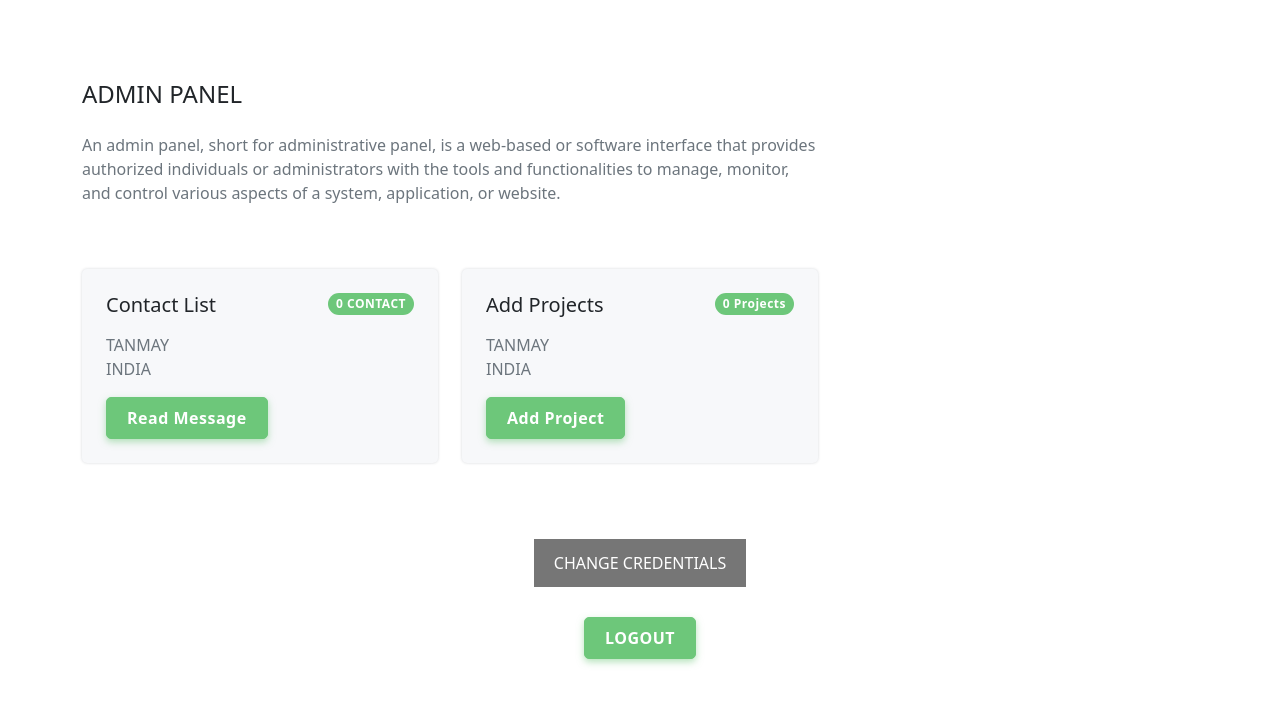
Repository: Tanmay-Kayande/Myportfolio
Page: http://localhost/myproject/admin.jsp
An editor plug-in stored every save of this project. The page is shown before and after the next save, followed by the edit.
The browser window is 1280 px wide. The pictures show the whole page.
Some web libraries are served in a nearby version. The page is served by Tomcat 9. The session is filled in as if someone had signed in: {"login": "exist"}. Other server files are loaded and not shown.

Above is the page before, as saved 2024-01-25 09:27:38.

### myproject/src/main/webapp/admin.jsp

<%@page import="com.dao.ProjectDao"%>
<%@page import="com.dao.MessageDao"%>
<%
String value = (String) session.getAttribute("login");
if (value == null) {
	response.sendRedirect("login.jsp");
	return;
}
%>

<!DOCTYPE html>
<html lang="en">

<head>
<meta charset="utf-8">


<title>find jobs cards - Bootdey.com</title>
<meta name="viewport" content="width=device-width, initial-scale=1">
<link
	href="https://cdn.jsdelivr.net/npm/bootstrap@5.2.0/dist/css/bootstrap.min.css"
	rel="stylesheet">
<style type="text/css">
body {
	margin-top: 20px;
}

.shadow {
	box-shadow: 0 0 3px rgb(53 64 78/ 20%) !important;
}

.rounded {
	border-radius: 5px !important;
}

.bg-light {
	background-color: #f7f8fa !important;
}

.bg-primary, .btn-primary, .btn-outline-primary:hover,
	.btn-outline-primary:focus, .btn-outline-primary:active,
	.btn-outline-primary.active, .btn-outline-primary.focus,
	.btn-outline-primary:not(:disabled):not(.disabled):active,
	.badge-primary, .nav-pills .nav-link.active, .pagination .active a,
	.custom-control-input:checked ~.custom-control-label:before, #preloader #status .spinner>div,
	.social-icon li a:hover, .back-to-top:hover, .back-to-home a, ::selection,
	#topnav .navbar-toggle.open span:hover, .owl-theme .owl-dots .owl-dot.active span,
	.owl-theme .owl-dots.clickable .owl-dot:hover span, .watch-video a .play-icon-circle,
	.sidebar .widget .tagcloud>a:hover, .flatpickr-day.selected,
	.flatpickr-day.selected:hover, .tns-nav button.tns-nav-active,
	.form-check-input.form-check-input:checked {
	background-color: #6dc77a !important;
}

.badge {
	padding: 5px 8px;
	border-radius: 3px;
	letter-spacing: 0.5px;
	font-size: 12px;
}

.btn-primary, .btn-outline-primary:hover, .btn-outline-primary:focus,
	.btn-outline-primary:active, .btn-outline-primary.active,
	.btn-outline-primary.focus, .btn-outline-primary:not(:disabled):not(.disabled):active
	{
	box-shadow: 0 3px 7px rgb(109 199 122/ 50%) !important;
}

.btn-primary, .btn-outline-primary, .btn-outline-primary:hover,
	.btn-outline-primary:focus, .btn-outline-primary:active,
	.btn-outline-primary.active, .btn-outline-primary.focus,
	.btn-outline-primary:not(:disabled):not(.disabled):active,
	.bg-soft-primary .border, .alert-primary, .alert-outline-primary,
	.badge-outline-primary, .nav-pills .nav-link.active, .pagination .active a,
	.form-group .form-control:focus, .form-group .form-control.active,
	.custom-control-input:checked ~.custom-control-label:before,
	.custom-control-input:focus ~.custom-control-label::before,
	.form-control:focus, .social-icon li a:hover, #topnav .has-submenu.active.active .menu-arrow,
	#topnav.scroll .navigation-menu>li:hover>.menu-arrow, #topnav.scroll .navigation-menu>li.active>.menu-arrow,
	#topnav .navigation-menu>li:hover>.menu-arrow, .flatpickr-day.selected,
	.flatpickr-day.selected:hover, .form-check-input:focus,
	.form-check-input.form-check-input:checked, .container-filter li.active,
	.container-filter li:hover {
	border-color: #6dc77a !important;
}

.bg-primary, .btn-primary, .btn-outline-primary:hover,
	.btn-outline-primary:focus, .btn-outline-primary:active,
	.btn-outline-primary.active, .btn-outline-primary.focus,
	.btn-outline-primary:not(:disabled):not(.disabled):active,
	.badge-primary, .nav-pills .nav-link.active, .pagination .active a,
	.custom-control-input:checked ~.custom-control-label:before, #preloader #status .spinner>div,
	.social-icon li a:hover, .back-to-top:hover, .back-to-home a, ::selection,
	#topnav .navbar-toggle.open span:hover, .owl-theme .owl-dots .owl-dot.active span,
	.owl-theme .owl-dots.clickable .owl-dot:hover span, .watch-video a .play-icon-circle,
	.sidebar .widget .tagcloud>a:hover, .flatpickr-day.selected,
	.flatpickr-day.selected:hover, .tns-nav button.tns-nav-active,
	.form-check-input.form-check-input:checked {
	background-color: #6dc77a !important;
}

.btn {
	padding: 8px 20px;
	outline: none;
	text-decoration: none;
	font-size: 16px;
	letter-spacing: 0.5px;
	transition: all 0.3s;
	font-weight: 600;
	border-radius: 5px;
}

.btn-primary {
	background-color: #6dc77a !important;
	border: 1px solid #6dc77a !important;
	color: #fff !important;
	box-shadow: 0 3px 7px rgb(109 199 122/ 50%);
}

a {
	text-decoration: none;
}

 {box-sizing: border-box;}

/* Button used to open the contact form - fixed at the bottom of the page */
.open-button {

  background-color: #555;
  color: white;
  padding: 12px 20px;
  border: none;
  cursor: pointer;
  opacity: 0.8;
  bottom: 30px;
  margin-right: auto;
  margin-left: auot;
  margin-bottom: 30px;
  margin-top:10px;
}

/* The popup form - hidden by default */
.form-popup {
  display: none;
  position: fixed;
  bottom: 0;
  right: 15px;
  border: 3px solid #f1f1f1;
  z-index: 9;
}

/* Add styles to the form container */
.form-container {
  max-width: 300px;
  padding: 10px;
  background-color: white;
}

/* Full-width input fields */
.form-container input[type=text], .form-container input[type=password] {
  width: 100%;
  padding: 15px;
  margin: 5px 0 22px 0;
  border: none;
  background: #f1f1f1;
}

/* When the inputs get focus, do something */
.form-container input[type=text]:focus, .form-container input[type=password]:focus {
  background-color: #ddd;
  outline: none;
}

/* Set a style for the submit/login button */
.form-container .btn {
  background-color: #04AA6D;
  color: white;
  padding: 16px 20px;
  border: none;
  cursor: pointer;
  width: 100%;
  margin-bottom:10px;
  opacity: 0.8;
}

/* Add a red background color to the cancel button */
.form-container .cancel {
  background-color: red;
}

/* Add some hover effects to buttons */
.form-container .btn:hover, .open-button:hover {
  opacity: 1;
}

</style>
</head>

<body>

	<div class="container mt-5 pt-4">

	<h3 style = "text-align: center;"><%@include file = "message.jsp" %></h3>

		<div class="row align-items-end mb-4 pb-2">
			<div class="col-md-8">
				<div class="section-title text-center text-md-start">
					<h4 class="title mb-4">ADMIN PANEL</h4>
					<p class="text-muted mb-0 para-desc">An admin panel, short for
						administrative panel, is a web-based or software interface that
						provides authorized individuals or administrators with the tools
						and functionalities to manage, monitor, and control various
						aspects of a system, application, or website.</p>
				</div>
			</div>

		</div>
		<div class="row">
			<div class="col-lg-4 col-md-6 col-12 mt-4 pt-2">
				<div class="card border-0 bg-light rounded shadow">
					<div class="card-body p-4">

					<%int count = new MessageDao().count(); %>
						<span class="badge rounded-pill bg-primary float-md-end mb-3 mb-sm-0"><%=count %> CONTACT	</span>
						<h5>Contact List</h5>
						<div class="mt-3">
							<span class="text-muted d-block"><i class="fa fa-home"
								aria-hidden="true"></i> <a href="#" target="_blank"
								class="text-muted">TANMAY</a></span> <span class="text-muted d-block"><i
								class="fa fa-map-marker" aria-hidden="true"></i> INDIA</span>
						</div>
						<div class="mt-3">
							<a href="read-message.jsp" class="btn btn-primary">Read
								Message</a>
						</div>
					</div>
				</div>
			</div>

			<div class="col-lg-4 col-md-6 col-12 mt-4 pt-2">
				<div class="card border-0 bg-light rounded shadow">
					<div class="card-body p-4">

						<%int project_count = new ProjectDao().count(); %>
						<span class="badge rounded-pill bg-primary float-md-end mb-3 mb-sm-0"><%=project_count %> Projects	</span>
						<h5>Add Projects</h5>
						<div class="mt-3">
							<span class="text-muted d-block"><i class="fa fa-home"
								aria-hidden="true"></i> <a href="#" target="_blank"
								class="text-muted">TANMAY</a></span> <span class="text-muted d-block"><i
								class="fa fa-map-marker" aria-hidden="true"></i> INDIA</span>
						</div>
						<div class="mt-3">
							<a href="project.jsp" class="btn btn-primary">Add Project</a>
						</div>
					</div>
				</div>
			</div>





			<div style="text-align: center; padding-top: 50px;" class="mt-3">

			<!-- A button to open the popup form -->
			<button class="open-button" onclick="openForm()">CHANGE
				CREDENTIALS</button>

			<!-- The form -->
			<div class="form-popup" id="myForm">
				<form action="Auth" method="post" class="form-container">
					<h2>Change Password</h2>

					<label for="email"><b>Old Password</b></label> <input type="text"
						placeholder="Enter old password" name="opass" required> <label
						for="psw"><b>New Password</b></label> <input type="password"
						placeholder="Enter Password" name="npass" required> <label
						for="psw"><b>Confirm Password</b></label> <input type="password"
						placeholder="Enter Confirm Password" name="cpass" required>

					<input type="hidden" name="check" value="change">

					<button type="submit" class="btn">Update</button>
					<button type="button" class="btn cancel" onclick="closeForm()">Close</button>
				</form>
			</div>
				<form action="Auth" method="post">
					<input type ="hidden" name = "check" value = "Logout">
					<button class="btn btn-primary">LOGOUT</button>
				</form>
			</div>

		</div>
	</div>

	<script>
		function openForm() {
			document.getElementById("myForm").style.display = "block";
		}

		function closeForm() {
			document.getElementById("myForm").style.display = "none";
		}
	</script>
	<script src="https://code.jquery.com/jquery-1.10.2.min.js"></script>
	<script
		src="https://cdn.jsdelivr.net/npm/bootstrap@5.2.0/dist/js/bootstrap.bundle.min.js"></script>
	<script type="text/javascript">

	</script>
</body>

</html>

### myproject/src/main/webapp/message.jsp

<%
	String message =(String) session.getAttribute("msg");
	if(message!= null){

		if(message.equals("Message sent successfully")){
%>
		<h1 style="text-align: center; color: blue"><%=message %></h1>
<%
		}
		else{
%>
		<h1 style="text-align: center; color: red"><%=message %></h1>
<%
		}
	}
	session.removeAttribute("msg");
%>

### myproject/src/main/java/com/dao/InsertDao.java
package com.dao;

import java.util.ArrayList;

public interface InsertDao {

	public String Insert(ArrayList<Object> al);
}

### myproject/src/main/java/com/dao/ReadDao.java
package com.dao;

import java.util.ArrayList;

public interface ReadDao {

	public ArrayList<Object> read();
}

### myproject/src/main/java/com/dao/DeleteDao.java
package com.dao;

public interface DeleteDao {

	public String delete(int sn);
}

### myproject/src/main/java/com/dao/MessageDao.java
package com.dao;

import java.sql.Connection;
import java.sql.PreparedStatement;
import java.sql.ResultSet;
import java.time.LocalDateTime;
import java.util.ArrayList;

import com.pojo.MessagePojo;

public class MessageDao implements InsertDao, ReadDao, DeleteDao {


	private Connection connection;
	private String sql;
	private PreparedStatement prepareStatement;
	private int row;
	private String result;
	private ResultSet rs;

	@SuppressWarnings("finally")
	@Override
	public String Insert(ArrayList<Object> al) {

		try {

			connection = ConnectionFactory.getConnection();
			sql = "insert into message(name, email, message, date) values(?,?,?,?)";
			prepareStatement = connection.prepareStatement(sql);
			prepareStatement.setString(1, (String)al.get(0));
			prepareStatement.setString(2, (String)al.get(1));
			prepareStatement.setString(3, (String)al.get(2));
			prepareStatement.setString(4, LocalDateTime.now().toString());

			row = prepareStatement.executeUpdate();
			if(row==1) {
				result = "saved";
			}

		} catch (Exception e) {
			result = "failed";
			e.printStackTrace();
		}
		finally {
			return result;
		}
	}

	@SuppressWarnings("finally")
	@Override
	public ArrayList<Object> read() {

		ArrayList<Object> ar = new ArrayList<>();

		try {
			connection = ConnectionFactory.getConnection();
			sql = "select * from message";
			prepareStatement = connection.prepareStatement(sql);
			rs = prepareStatement.executeQuery();
			while(rs.next()) {
				MessagePojo m = new MessagePojo(rs.getInt("sn"), rs.getString("name"), rs.getString("email"), rs.getString("message"),
						rs.getString("date"));
				ar.add(m);
			}

		} catch (Exception e) {

			e.printStackTrace();
		}
		finally {

			return ar;
		}
	}

	@SuppressWarnings("finally")
	public int count() {

		int no_of_message = 0;
		try {
			connection = ConnectionFactory.getConnection();
			sql = "select count(*) as count from message";
			prepareStatement = connection.prepareStatement(sql);
			rs = prepareStatement.executeQuery();
			rs.next();
			no_of_message = rs.getInt("count");

		} catch (Exception e) {
			e.printStackTrace();
		}
		finally {

			return no_of_message;
		}


	}

	@SuppressWarnings("finally")
	@Override
	public String delete(int sn) {

		try {

			connection = ConnectionFactory.getConnection();
			sql = "delete from message where sn = ?";
			prepareStatement = connection.prepareStatement(sql);
			prepareStatement.setInt(1, sn);
			row = prepareStatement.executeUpdate();
			if(row==1) {
				result = "deleted";
			}

		} catch (Exception e) {
			result = "failed";
			e.printStackTrace();
		}
		finally {
			return result;
		}


	}


}

### myproject/src/main/java/com/dao/ConnectionFactory.java
package com.dao;

import java.sql.Connection;

import com.mysql.cj.jdbc.MysqlDataSource;

public class ConnectionFactory {

	private static Connection connection;
	@SuppressWarnings("finally")
	public static Connection getConnection() {
		try {

			MysqlDataSource mysql = new MysqlDataSource();
			mysql.setUrl("jdbc:mysql://localhost:3306/myportfolio");
			mysql.setUser("root");
			mysql.setPassword("pass");

			connection = mysql.getConnection();


		} catch (Exception e) {

			e.printStackTrace();
		}
		finally {
			return connection;
		}

	}


}

### myproject/src/main/java/com/dao/ProjectDao.java
package com.dao;

import java.sql.Connection;
import java.sql.PreparedStatement;
import java.sql.ResultSet;
import java.time.LocalDateTime;
import java.util.ArrayList;

import javax.servlet.http.Part;

import com.fileIO.ProjectIO;
import com.pojo.Projectpojo;

public class ProjectDao implements InsertDao, ReadDao, DeleteDao  {

	private Connection connection;
	private String sql;
	private PreparedStatement prepareStatement;
	private int row;
	private String result;
	private ResultSet rs;

	@SuppressWarnings("finally")
	@Override
	public String Insert(ArrayList<Object> al) {

		try {

			String filename = (String) al.get(0);
			String formatname = format(filename);

			connection = ConnectionFactory.getConnection();
			connection.setAutoCommit(false);
			sql = "insert into project(filename) value (?)";
			prepareStatement = connection.prepareStatement(sql);
			prepareStatement.setString(1, formatname);
			row = prepareStatement.executeUpdate();
			if(row == 1) {
				boolean write = new ProjectIO().write(formatname,(Part) al.get(1));
				if(write==true) {

					connection.commit();
					result = "inserted";
				}
				else {
					connection.rollback();
					result = "failed";
				}
			}

		} catch (Exception e) {
			result = "failed";
			e.printStackTrace();
		} finally {

			return result;
		}
	}

	private String format(String filename) {

		String formatfilename = LocalDateTime.now().toString() + filename;
		String[] split = formatfilename.split(":");
		return split[0] + split[1] + split[2];

	}

	@SuppressWarnings("finally")
	@Override
	public ArrayList<Object> read() {

		ArrayList<Object> al = new ArrayList<>();
		try {

			connection = ConnectionFactory.getConnection();
			sql = "select * from project";
			prepareStatement = connection.prepareStatement(sql);
			rs = prepareStatement.executeQuery();
			while(rs.next()) {

				Projectpojo p = new Projectpojo(rs.getInt("sn"),rs.getString("filename"));
				al.add(p);
			}

		} catch (Exception e) {

			e.printStackTrace();
		}
		finally {

			return al;
		}

	}

	@SuppressWarnings("finally")
	public int count() {

		int no_of_projects = 0;
		try {
			connection = ConnectionFactory.getConnection();
			sql = "select count(*) as count from project";
			prepareStatement = connection.prepareStatement(sql);
			rs = prepareStatement.executeQuery();
			rs.next();
			no_of_projects = rs.getInt("count");

		} catch (Exception e) {
			e.printStackTrace();
		}
		finally {

			return no_of_projects;
		}

}

	@SuppressWarnings("finally")
	@Override
	public String delete(int sn) {

		try {

			connection = ConnectionFactory.getConnection();
			sql = "delete * form project where sn = ?";
			prepareStatement = connection.prepareStatement(sql);
			prepareStatement.setInt(1, sn);
			row = prepareStatement.executeUpdate();
			if(row==1) {
				result = "deleted";
			}

		} catch (Exception e) {
			result = "failed";
			e.printStackTrace();
		}
		finally {

			return result;
		}
	}

	@SuppressWarnings("finally")
	public String getFilePath(int sn) {
		String Path = null;
		try {
			connection = ConnectionFactory.getConnection();
			sql = "select filename from project where sn = ?";
			prepareStatement = connection.prepareStatement(sql);
			prepareStatement.setInt(1, sn);
			rs = prepareStatement.executeQuery();
			if(rs.next()) {
				result = rs.getString("filename");
				return result;
			}

		} catch (Exception e) {
			e.printStackTrace();
		}
		finally {
			return result;
		}

	}
}

After the next save:
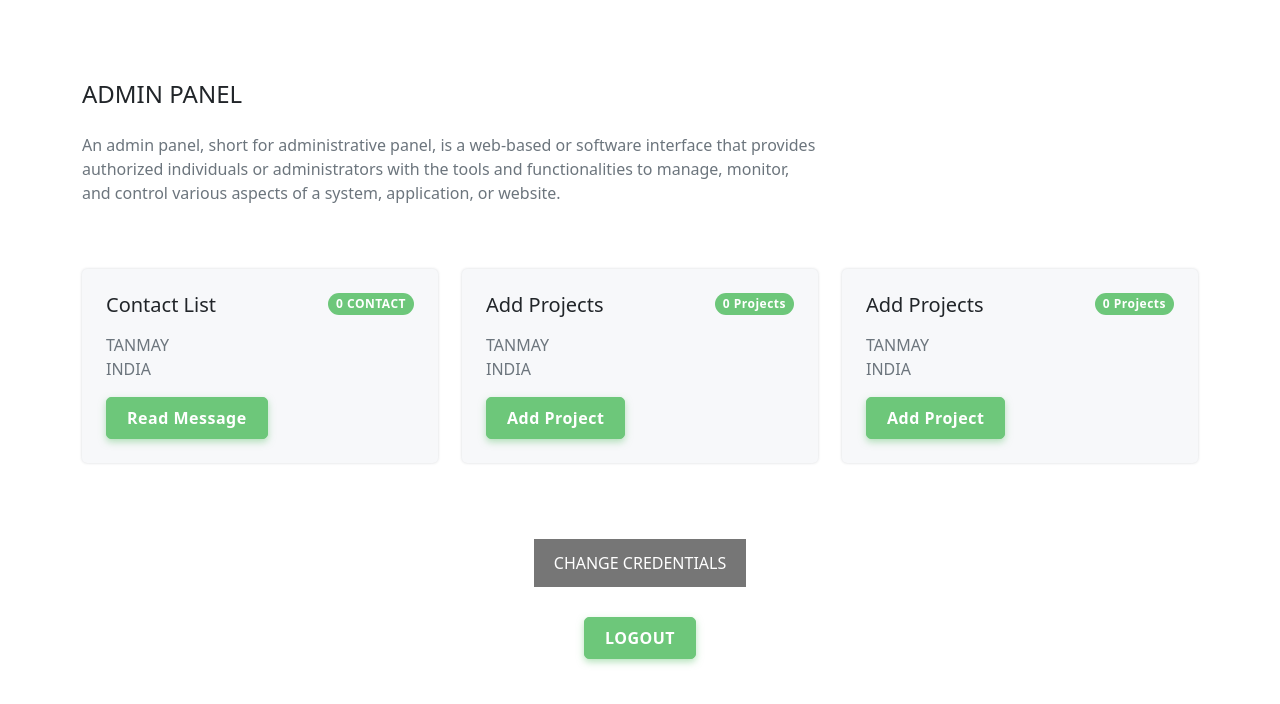
Saved 67 s later.
--- a/myproject/src/main/webapp/admin.jsp
+++ b/myproject/src/main/webapp/admin.jsp
@@ -258,6 +258,24 @@ a {
 				</div>
 			</div>
 
+			<div class="col-lg-4 col-md-6 col-12 mt-4 pt-2">
+				<div class="card border-0 bg-light rounded shadow">
+					<div class="card-body p-4">
+						<span class="badge rounded-pill bg-primary float-md-end mb-3 mb-sm-0"><%=project_count %> Projects	</span>
+						<h5>Add Projects</h5>
+						<div class="mt-3">
+							<span class="text-muted d-block"><i class="fa fa-home"
+								aria-hidden="true"></i> <a href="#" target="_blank"
+								class="text-muted">TANMAY</a></span> <span class="text-muted d-block"><i
+								class="fa fa-map-marker" aria-hidden="true"></i> INDIA</span>
+						</div>
+						<div class="mt-3">
+							<a href="project.jsp" class="btn btn-primary">Add Project</a>
+						</div>
+					</div>
+				</div>
+			</div>
+
 
 
 
